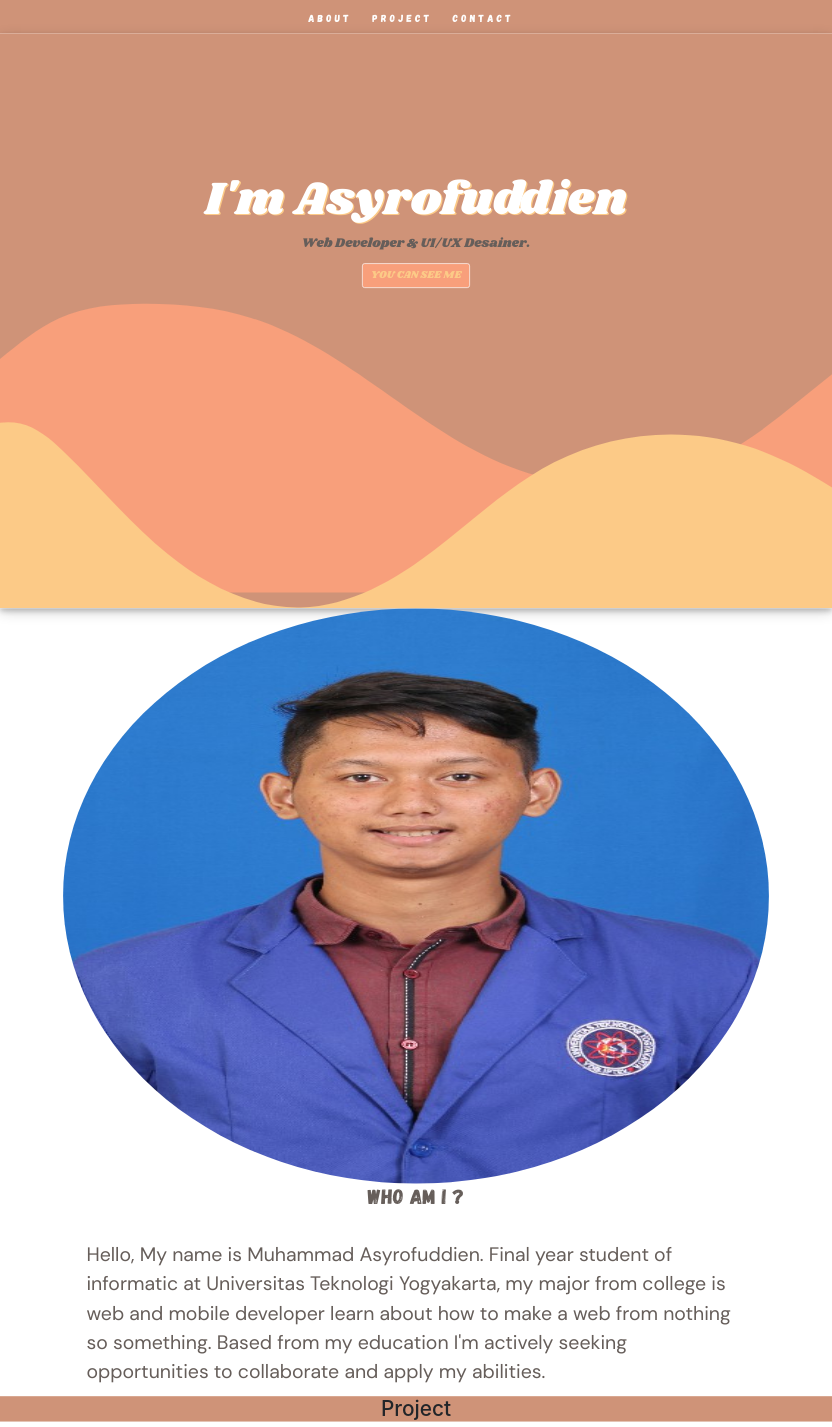
Repository: zetta-muhammad-asyrofuddien/Html-Css-ZettaCAmp
Page: Day1/Portofolio/index.html
An editor plug-in stored every save of this project. The page is shown before and after the next save, followed by the edit.
The browser window is 1280 px wide. The pictures show the whole page, at 65% of full size.

Above is the page before, as saved 2023-07-06 19:08:19.

### Day1/Portofolio/index.html
<!DOCTYPE html>
<html lang="en">
  <head>
    <meta charset="utf-8" />
    <meta name="viewport" content="width=device-width, initial-scale=1" />
    <title>Portofolio Asyrof</title>
    <link href="https://cdn.jsdelivr.net/npm/bootstrap@5.2.3/dist/css/bootstrap.min.css" rel="stylesheet" integrity="sha384-rbsA2VBKQhggwzxH7pPCaAqO46MgnOM80zW1RWuH61DGLwZJEdK2Kadq2F9CUG65" crossorigin="anonymous" />
    <link rel="stylesheet" href="https://cdn.jsdelivr.net/npm/bootstrap@4.6.2/dist/css/bootstrap.min.css" integrity="sha384-xOolHFLEh07PJGoPkLv1IbcEPTNtaed2xpHsD9ESMhqIYd0nLMwNLD69Npy4HI+N" crossorigin="anonymous" />
    <link rel="stylesheet" type="text/css" href="./syle.css" />
  </head>
  <body>
    <!-- NAVBAR -->
    <section class="N">
      <div class="container">
        <nav class="navbar navbar-expand-lg">
          <div class="container-fluid">
            <button class="navbar-toggler" type="button" data-bs-toggle="collapse" data-bs-target="#navbarNav" aria-controls="navbarNav" aria-expanded="false" aria-label="Toggle navigation">
              <span class="navbar-toggler-icon"></span>
            </button>
            <div class="collapse navbar-collapse" id="navbarNav">
              <ul class="navbar-nav mx-auto">
                <li class="nav-item">
                  <a class="nav-link" aria-current="page" href="#">A b o u t</a>
                </li>
                <li class="nav-item">
                  <a class="nav-link" href="#">P r o j e c t</a>
                </li>
                <li class="nav-item">
                  <a class="nav-link" href="#">C o n t a c t</a>
                </li>
              </ul>
            </div>
          </div>
        </nav>
      </div>
    </section>
    <!-- Akhir Navbar -->

    <!-- Jumbotron -->
    <div class="jumbotron jumbotron-fluid text-align-center">
      <div class="container">
        <h1 class="display-3 nama">I'm Asyrofuddien</h1>
        <p class="lead job">Web Developer & UI/UX Desainer.</p>
        <a class="btn btn-primary see" href="">YOU CAN SEE ME</a>
      </div>
    </div>
    <!-- Akhir Jumbotron -->

    <!-- About -->
    <div class="container">
      <div class="col d-flex align-items-center about-kanan text-center">
        <div class="row">
          <img class="foto" src="./asset/img/foto.jpeg" alt="" />
          <h2 class="mb-5" style="color: #665e5a">WHO AM I ?</h2>
          <p class="deskripsi-saya px-5 text-left">
            Hello, My name is Muhammad Asyrofuddien. Final year student of informatic at Universitas Teknologi Yogyakarta, my major from college is web and mobile developer learn about how to make a web from nothing so something. Based from
            my education I'm actively seeking opportunities to collaborate and apply my abilities.
          </p>
        </div>
      </div>
    </div>
    <!-- Akhir About -->
    <!-- Project -->
    <section class="project">
      <div class="container text-center">
        <h2>Project</h2>
      </div>
    </section>
    <!-- Akhir Project -->
    <script src="https://cdn.jsdelivr.net/npm/@popperjs/core@2.11.6/dist/umd/popper.min.js" integrity="sha384-oBqDVmMz9ATKxIep9tiCxS/Z9fNfEXiDAYTujMAeBAsjFuCZSmKbSSUnQlmh/jp3" crossorigin="anonymous"></script>
    <script src="https://cdn.jsdelivr.net/npm/bootstrap@5.2.3/dist/js/bootstrap.min.js" integrity="sha384-cuYeSxntonz0PPNlHhBs68uyIAVpIIOZZ5JqeqvYYIcEL727kskC66kF92t6Xl2V" crossorigin="anonymous"></script>
  </body>
</html>

### Day1/Portofolio/syle.css
@font-face {
  font-family: Gagalin;
  src: url(./asset/font/Gagalin-Regular.otf);
}
@font-face {
  font-family: Shrikhand;
  src: url(./asset/font/Shrikhand-Regular.ttf);
}
@font-face {
  font-family: dmSans;
  src: url(./asset/font/DMSans-Regular.ttf);
}
/* UMUM */
.N {
  background-color: #cf9378;
  margin-bottom: 0;
}
.navbar-brand {
  font-family: Gagalin;
}
.navbar {
  border: none;
}
.nav-link {
  font-family: Gagalin;
  color: white;
  margin-right: 20px;
}

.jumbotron {
  background-image: url(./asset/img/wave.svg);
  background-size: cover;
  height: 885px;
  margin-top: -5px;
  margin-bottom: 0;
  border: none;
  text-align: center;
  box-shadow: 0 4px 8px 0 rgba(0, 0, 0, 0.2), 0 6px 20px 0 rgba(0, 0, 0, 0.19);
}

.nama {
  font-family: Shrikhand;
  color: white;
  text-align: center;
  margin-top: 150px;
  text-shadow: 2px 2px #fcca87;
}

.job {
  font-family: Shrikhand;
  color: #665e5a;
  text-align: center;
}
.see {
  background-color: #f89f7b;
  border-color: white;
  color: #fcca87;
  font-family: Shrikhand;
}
.see:hover {
  background-color: #665e5a;
  border-color: #fcca87;
}
h2.about {
  font-family: Gagalin;
}
section.who {
  background-color: #fff9f7;
  margin-top: 0%;
}
.about {
  background-color: #fff8f5;
}
.about-kiri {
  border-radius: 0 10% 10% 0;
  text-shadow: 2px 2px #fcca87;
}
.about-kanan {
  font-family: Gagalin;
  text-align: center;
}
.deskripsi-saya {
  font-family: dmSans;
  font-size: 30px;
  margin-right: 20px;
  color: #665e5a;
}
.nav-link:hover::after {
  content: '';
  display: block;
  border-bottom: 3px solid #fcca87;
  width: 50%;
  margin: auto;
}
.foto {
  border-radius: 50%;
  height: 885px;
}
.project {
  background-color: #cf9378;
}
/* DESKTOP VERSION */
@media (min-width: 992px) {
  /* Navbar */
}

### Day1/Portofolio/asset/img/wave.svg
<svg xmlns="http://www.w3.org/2000/svg" xmlns:xlink="http://www.w3.org/1999/xlink" width="1700" zoomAndPan="magnify" viewBox="0 0 1350 576" height="768" preserveAspectRatio="xMidYMid meet" version="1.0"><defs><clipPath id="88280995c8"><path d="M 0 269.25 L 1350 269.25 L 1350 576 L 0 576 Z M 0 269.25 " clip-rule="nonzero"/></clipPath></defs><rect x="-135" width="1620" fill="#ffffff" y="-57.6" height="691.2" fill-opacity="1"/><rect x="-135" width="1620" fill="#ffffff" y="-57.6" height="691.2" fill-opacity="1"/><rect x="-135" width="1620" fill="#cf9378" y="-57.6" height="691.2" fill-opacity="1"/><g clip-path="url(#88280995c8)"><path fill="#f89f7b" d="M 1413.945312 766.777344 L 1413.945312 429.453125 C 1392.21875 457.429688 1362.003906 480.527344 1328.867188 472.859375 C 1310.898438 468.695312 1296.257812 455.992188 1282.980469 443.210938 C 1245.734375 407.332031 1212.539062 367.136719 1172.433594 334.488281 C 1132.328125 301.84375 1083.167969 276.609375 1031.457031 277.875 C 979.046875 279.15625 931.078125 307.195312 889.472656 339.082031 C 847.867188 370.96875 809.414062 407.820312 762.789062 431.769531 C 700.933594 463.539062 626.5625 470.058594 560.113281 449.53125 C 452.628906 416.339844 374.265625 319.257812 267.050781 285.226562 C 230.175781 273.535156 191.179688 269.78125 152.492188 269.9375 C 121.945312 270.050781 90.679688 272.757812 62.820312 285.265625 C 29.9375 300.035156 4.472656 327.175781 -25.199219 347.640625 C -36.84375 355.675781 -50.003906 362.664062 -63.632812 367.253906 L -63.632812 766.796875 L 1413.945312 766.796875 Z M 1413.945312 766.777344 " fill-opacity="1" fill-rule="nonzero"/></g><path fill="#fcca87" d="M 1287.496094 584.535156 C 1259.617188 597.046875 1228.367188 599.75 1197.820312 599.867188 C 1159.136719 600.023438 1120.140625 596.289062 1083.265625 584.574219 C 976.050781 550.546875 897.6875 453.460938 790.199219 420.269531 C 723.753906 399.746094 649.378906 406.28125 587.527344 438.035156 C 540.898438 461.984375 502.449219 498.832031 460.84375 530.722656 C 419.238281 562.609375 371.265625 590.644531 318.855469 591.929688 C 267.144531 593.195312 217.988281 567.980469 177.882812 535.3125 C 137.773438 502.667969 104.582031 462.46875 67.335938 426.59375 C 54.058594 413.792969 39.417969 401.085938 21.449219 396.945312 C -11.6875 389.277344 -41.902344 412.371094 -63.632812 440.347656 L -63.632812 766.777344 L 1413.925781 766.777344 L 1413.925781 502.570312 C 1400.296875 507.160156 1387.136719 514.144531 1375.496094 522.179688 C 1345.84375 542.648438 1320.378906 569.769531 1287.496094 584.535156 Z M 1287.496094 584.535156 " fill-opacity="1" fill-rule="nonzero"/></svg>

After the next save:
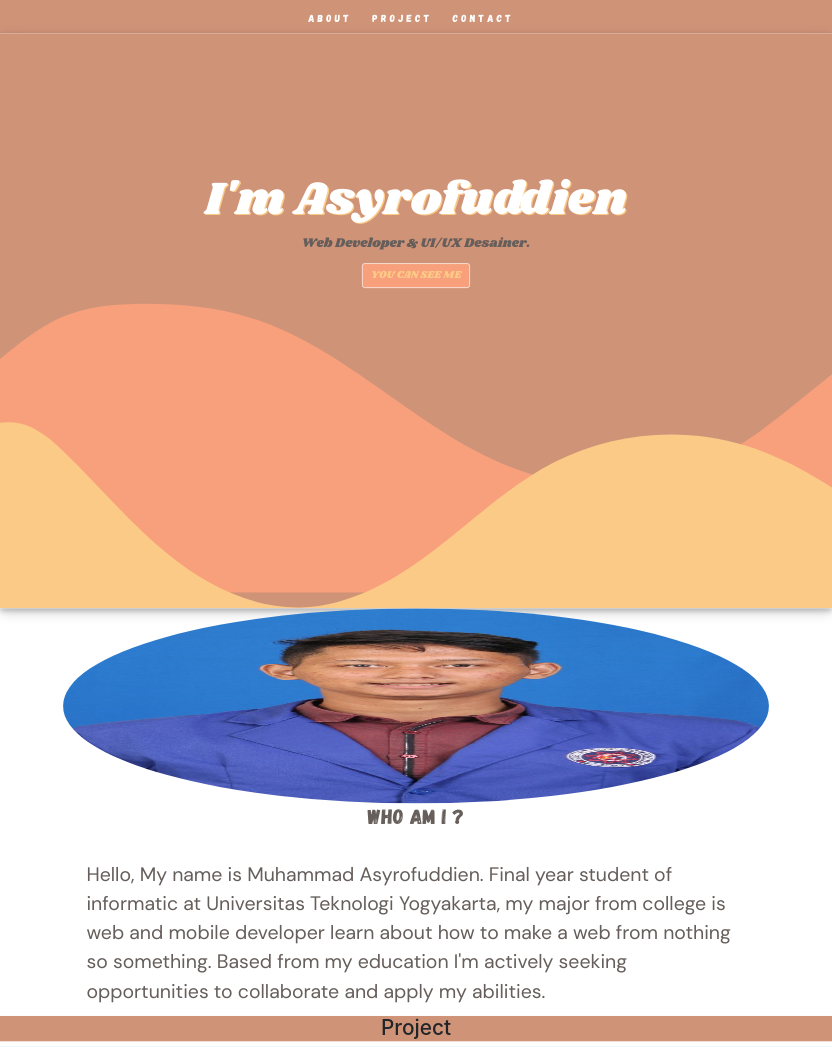
Saved 8 s later.
--- a/Day1/Portofolio/syle.css
+++ b/Day1/Portofolio/syle.css
@@ -94,7 +94,7 @@
 }
 .foto {
   border-radius: 50%;
-  height: 885px;
+  height: 300px;
 }
 .project {
   background-color: #cf9378;
